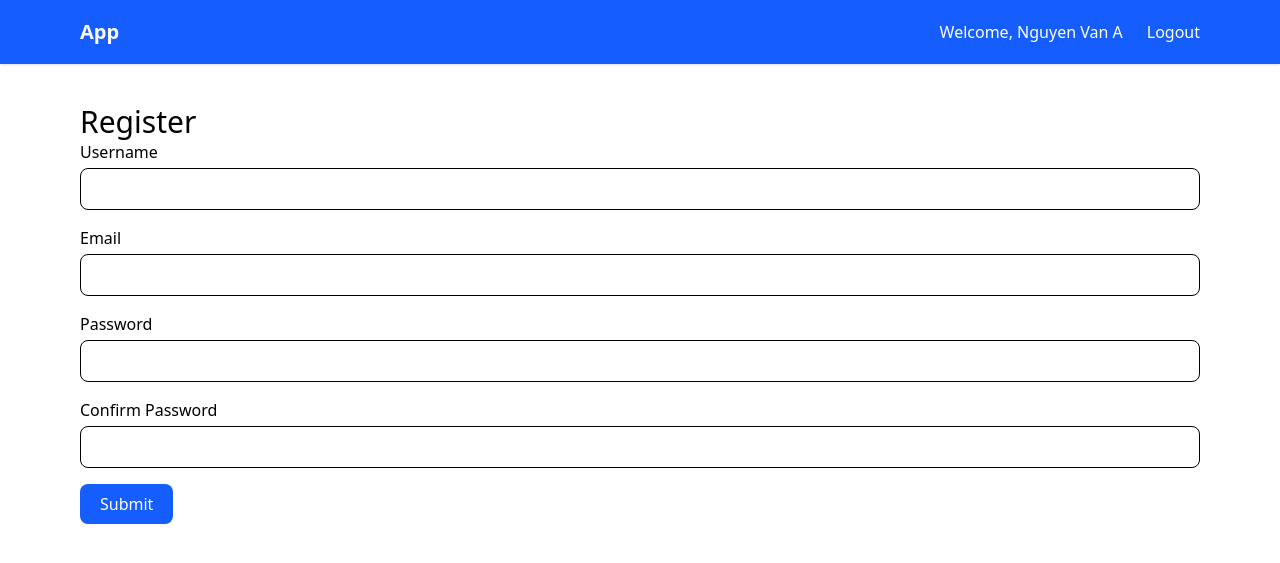
Repository: DODUCHUY195/Lap_Trinh_TypeScript
Page: /register
These files come from the project's save history. The page is drawn as it stood at one moment and after the next save; the edit follows.
The browser window is 1280 px wide. The pictures show the whole page.
The project was rebuilt for these pictures with package versions that can differ from the ones it lists, and the page was loaded fresh each time. Also part of the build but not shown: vite.config.ts, src/pages/List.tsx, src/pages/Add.tsx, src/pages/Edit.tsx, src/components/layoutAdmin.tsx.

Above is the page before, as saved 2026-01-29 17:35:20.

After the next save:
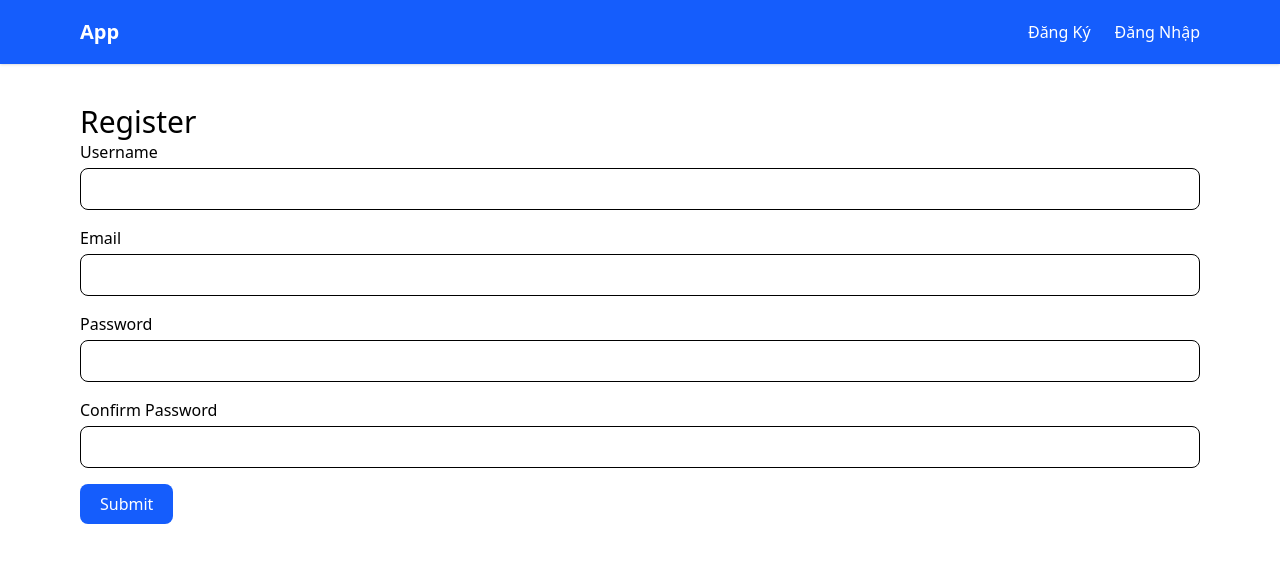
Saved 18 s later.
--- a/src/App.tsx
+++ b/src/App.tsx
@@ -1,28 +1,42 @@
 import toast, { Toaster } from "react-hot-toast";
-import { Link, Routes, Route, useNavigate } from "react-router-dom";
+import { Link, Routes, Route, useNavigate, Navigate, useLocation } from "react-router-dom";
 
 import List from "./pages/List";
 import Add from "./pages/Add";
 import Edit from "./pages/Edit";
 import AuthPage from "./pages/AuthPage";
-import LayoutAdmin from "./components/layoutAdmin";
-import { useState } from "react";
-
-type T = {
-  name: string;
-  email: string;
-} | null;
+import { useEffect, useState } from "react";
 
 function App() {
   const nav = useNavigate();
-    const [user, setUser] = useState<T>({
-      name: "Nguyen Van A",
-      email: "doduchuy1952000@gmail.com",
-    });
+  // Trạng thái đăng nhập: true nếu có accessToken trong localStorage
+  const [isAuthed, setIsAuthed] = useState<boolean>(Boolean(localStorage.getItem("accessToken")));
+  // Thông tin user (lưu từ login)
+  const [user, setUser] = useState<any>(() => {
+    try {
+      const raw = localStorage.getItem("user");
+      return raw ? JSON.parse(raw) : null;
+    } catch {
+      return null;
+    }
+  });
+  // Cập nhật mỗi khi thay đổi đường dẫn (sau login/logout điều hướng)
+  const location = useLocation();
+  useEffect(() => {
+    setIsAuthed(Boolean(localStorage.getItem("accessToken")));
+    try {
+      const raw = localStorage.getItem("user");
+      setUser(raw ? JSON.parse(raw) : null);
+    } catch {
+      setUser(null);
+    }
+  }, [location.pathname]);
 
     const handleLogout = () => {
       return () => {
         localStorage.removeItem("accessToken");
+        localStorage.removeItem("user");
+        setIsAuthed(false);
         setUser(null);
         toast.success("Đăng xuất thành công");
         nav("/login");
@@ -40,28 +54,27 @@ function App() {
           </Link>
 
           <div className="flex items-center space-x-6">
-            {user ? (
+            {isAuthed ? (
               <>
-            <span>Welcome, {user.name}</span>
-            <button className="hover:text-gray-200" onClick={handleLogout()}>Logout</button>
-            </>
-            )
-             : (
-             <>
-            <Link to="/" className="hover:text-gray-200">
-              Danh sách
-            </Link>
-            <Link to="/add" className="hover:text-gray-200">
-              Thêm mới
-            </Link>
-             <Link to="/register" className="hover:text-gray-200">
-              Đăng Ký
-            </Link>
-            <Link to="/login" className="hover:text-gray-200">
-              Đăng Nhập
-            </Link>
-            </>
-          )}
+                <span>Welcome, {user?.username || user?.email || "User"}</span>
+                <Link to="/" className="hover:text-gray-200">
+                  Danh sách
+                </Link>
+                <Link to="/add" className="hover:text-gray-200">
+                  Thêm mới
+                </Link>
+                <button className="hover:text-gray-200" onClick={handleLogout()}>Logout</button>
+              </>
+            ) : (
+              <>
+                <Link to="/register" className="hover:text-gray-200">
+                  Đăng Ký
+                </Link>
+                <Link to="/login" className="hover:text-gray-200">
+                  Đăng Nhập
+                </Link>
+              </>
+            )}
 
           </div>
         </div>
@@ -71,7 +84,8 @@ function App() {
         <Routes>
 
 
-          <Route element={<LayoutAdmin />}>
+          {/* Bọc nhóm route cần đăng nhập */}
+          <Route element={isAuthed ? <LayoutAdmin /> : <Navigate to="/login" replace />}>
             <Route path="/" element={<List />}/>
             <Route path="/add" element={<Add />} />
             <Route path="/edit/:id" element={<Edit />} />
